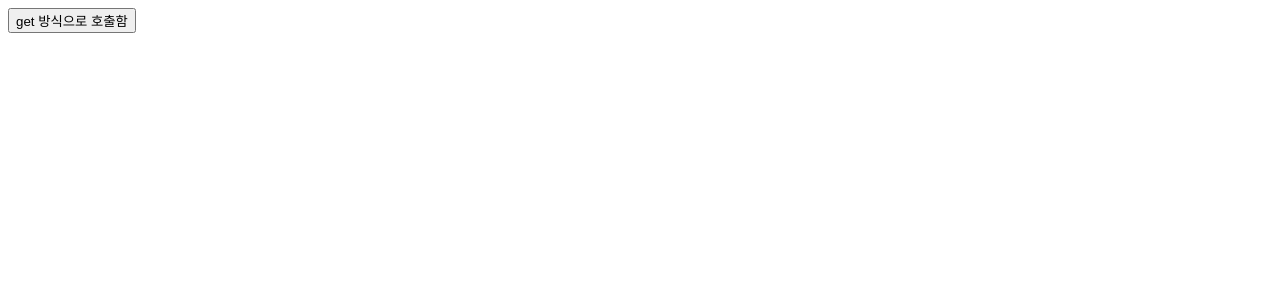
Repository: angwanghyeon/eclipse
Page: http://localhost/webpractice/01_method.jsp
The author's editor kept a copy of each file at every save. The page is drawn from the files as they stood at one save, then again after the next save.
The browser window is 1280 px wide. The pictures show the whole page.
The page is served by Tomcat 9. Other server files are loaded and not shown.

Above is the page before, as saved 2023-08-31 00:12:45.

### webpractice/src/main/webapp/01_method.jsp
<%@ page language="java" contentType="text/html; charset=UTF-8"
	pageEncoding="UTF-8"%>
<!DOCTYPE html>
<html>
<head>
<meta charset="UTF-8">
<title>Insert title here</title>
</head>
<body>
	<form method="get" action="/MethodServlet">
		<input type="submit" value="get 방식으로 호출함">

	</form>
</body>
</html>

After the next save:
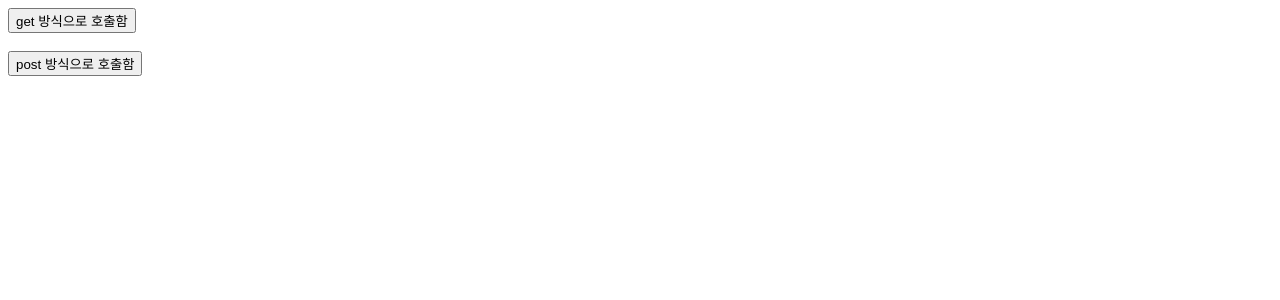
Saved 33 s later.
--- a/webpractice/src/main/webapp/01_method.jsp
+++ b/webpractice/src/main/webapp/01_method.jsp
@@ -11,5 +11,9 @@
 		<input type="submit" value="get 방식으로 호출함">
 
 	</form>
+	<br>
+	<form action="">
+	<input type="submit" value="post 방식으로 호출함">
+	</form>
 </body>
 </html>
